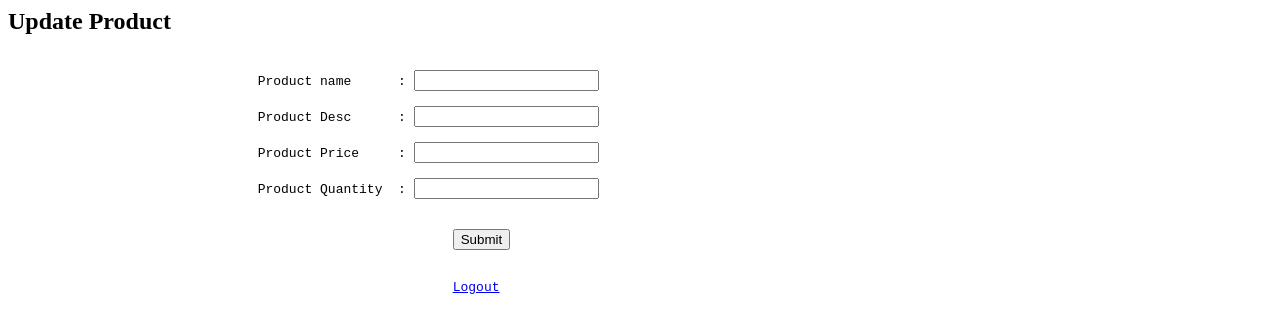
Repository: Takshmalviya1995/Spring-all-curd-operation
Page: http://localhost/zohoadminboot/WEB-INF/jsp/updateproduct.jsp
An editor plug-in stored every save of this project. The page is shown before and after the next save, followed by the edit.
The browser window is 1280 px wide. The pictures show the whole page.
The page is served by Tomcat 9. Nobody is signed in. The template is opened directly, without the code that normally fills it, so the values that code supplies are empty.

Above is the page before, as saved 2018-08-01 07:40:26.

After the next save:
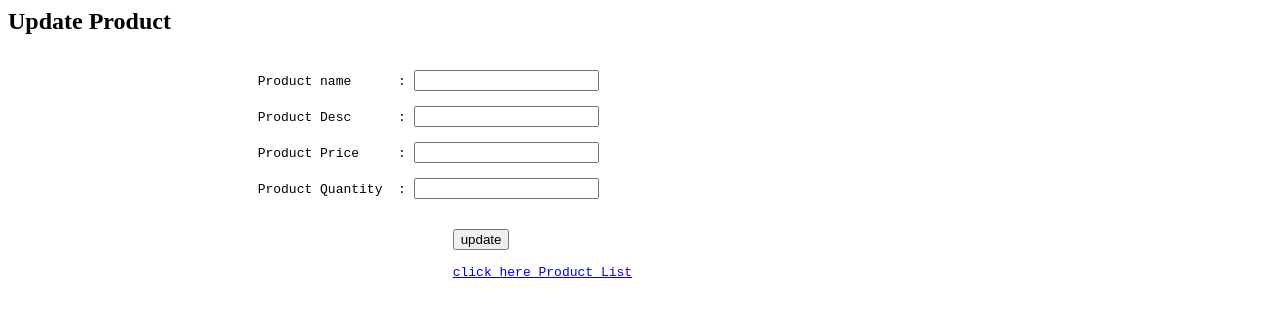
Saved 3 min 12 s later.
--- a/Spring Boot Curd Operation/zohoboot/zohoadminboot/src/main/webapp/WEB-INF/jsp/updateproduct.jsp
+++ b/Spring Boot Curd Operation/zohoboot/zohoadminboot/src/main/webapp/WEB-INF/jsp/updateproduct.jsp
@@ -21,9 +21,9 @@
 				Product Quantity  : <form:input path="prodqty"/>
 
 				<%-- <form:input path="ProdImage" id="ProdImage" type="file" /> --%>
-							 <input type="submit" value="Submit"/>
-							 <br>
-							 <a href="logout.do">Logout</a>
+							 <input type="submit" value="update"/>
+
+							 <a href="product">click here Product List</a>
 
 
 		</pre>
